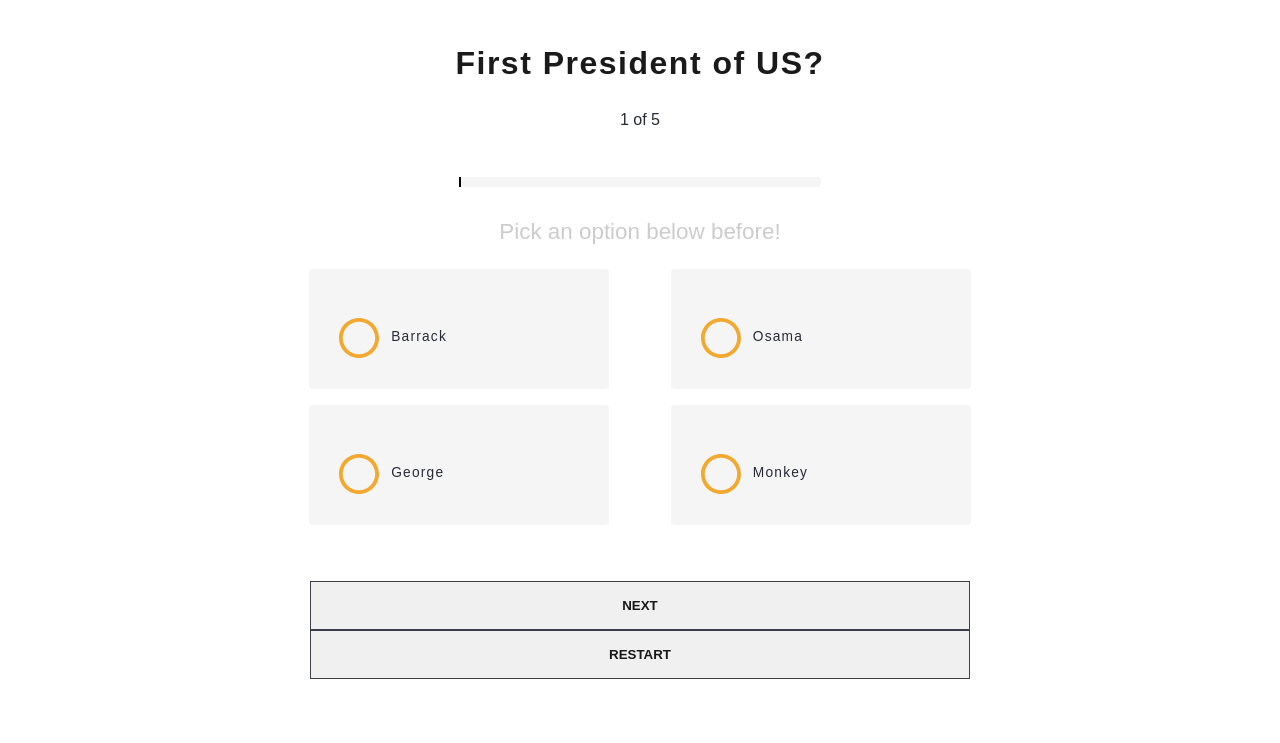
Repository: mukiSabljakovic/Quiz-APP
Page: index.html
An editor plug-in stored every save of this project. The page is shown before and after the next save, followed by the edit.
The browser window is 1280 px wide. The pictures show the whole page.
Some web fonts or font styles are not loaded; a fallback is used.

Above is the page before, as saved 2020-05-04 16:54:23.

### index.html
<!DOCTYPE html>
<html lang="en">
<head>
    <meta charset="UTF-8">
    <meta name="viewport" content="width=device-width, initial-scale=1.0">
    <title>Quiz</title>
    <link rel="stylesheet" href="css/style.css">
</head>
<body>
    <div class="app">
        <div class="container">
            <div class="jabquiz">

                <div class="jabquiz__question-box">
                    <h1 class="jabquiz__question"></h1>
                    <p class="jabquiz__tracker"></p>
                    <div class="progress">
                        <div class="progress__inner">

                        </div>
                    </div>
                    <p class="jabquiz__tagline">Pick an option below before!</p>
                </div>



                <div class="jabquiz__choices-box">
                    <ul class="jabquiz__choices">
                        <!-- dynamically with js -->


                    </ul>
                </div>



                <div class="jabquiz__footer">
                    <button class="button button--bordered next">Next</button>
                    <button class="button button--bordered restart">Restart</button>
                </div>



            </div>
        </div>
    </div>

    <script src="js/app.js" type="module"></script>
</body>
</html>

### css/style.css
@import url("https://fonts-googleapis.com/css?family=Raleway|PT+Serif:700");


:root {
    --main-font-color: #1a1a1a;
    --main-bg-color: white;
    --main-theme-color: rgb(243, 168, 47);
    --light-white: #f5f5f5;
    --light-gray: #ccc;
    --light-black: #282a39;
    --container-width: 768px;
    --font-body-stack: Raleway, Charcoal, sans-serif;
    --font-heading-stack: "PT Serif", sans-serif;

}

* {
 padding: 0;
 margin: 0;
 box-sizing: border-box;
}

.container {
    max-width: var(--container-width);
    margin-right: auto;
    margin-left: auto;
}

.button {
    padding: 1rem 3.8rem;
    text-transform: uppercase;
    border: 1px solid #eee;
    outline: 0;
    opacity: .9;
    font-weight: bold;
    transition: .3s all ease;
}

.button:hover {
    opacity: 1;
    background: var(--light-black);
    color: white;
}

.button.button--bordered {
    border: 1px solid var(--light-black);
}

.jabquiz {
    padding: 2rem 1.4rem;
}

.jabquiz__question-box {
    text-align: center;
}

.jabquiz__question {
    font-family: var(--font-heading-stack);
    font-weight: bold;
    letter-spacing: 1.5px;
    padding: 0.8rem 4rem;
    color: var(--main-font-color);
}

.jabquiz__tracker {
    font-family: var(--font-body-stack);
    color: var(--light-black);
    padding: 1rem;
}

.jabquiz__tagline {
    font-family: var(--font-body-stack);
    color: var(--light-gray);
    font-size: 1.4rem;
}

.progress {
    border-radius: 4px;
    margin: 2rem auto;
    width: 50%;
    background-color: var(--light-white);
}

.progress__inner {
    height: 10px;
    width: 0%;
    background-color: var(--main-theme-color);
    border-right: 2px solid black;
}

/* .jabquiz__choices-box {

} */

.jabquiz__choices {
    list-style-type: none;
    margin: 1rem auto;
    display: flex;
    flex-wrap: wrap;
}

.jabquiz__choice {
    min-width: 300px;
    border-radius: 4px;
    display: block;
    background: var(--light-white);
    margin: .5rem auto;
    font-family: sans-serif;
    color: var(--light-black);
    letter-spacing: 1.2px;
    font-size: .86rem;
}

.jabquiz__label {
    padding: 2rem 2rem;
    display: flex;
    align-items: center;
}

.jabquiz__choices input {
    opacity: 0;
}

.jabquiz__choices input:checked + label {
    color: var(--main-theme-color);
}

.jabquiz__choices input:checked + label i {
    background-image: url('../images/interface.svg');

}

.jabquiz__choices label i {
    background: url('../images/circle.svg');
    background-size: 40px;
    height: 40px;
    width: 40px;
    display: inline-block;
    position: relative;
    top: 1px;
    left: -2px;
    margin-right: 10px;
}

.jabquiz__footer {
    padding: 2rem;
    display: flex;
    flex-direction: column;
}

### js/app.js
import Question from "./Question.js";
import Quiz from "./Quiz.js";


const App = (() => {
 // cache the DOM
 const quizEl = document.querySelector(".jabquiz");
 const quizQuestionEl = document.querySelector(".jabquiz__question");
 const trackerEl = document.querySelector(".jabquiz__tracker");
 const taglineEl = document.querySelector(".jabquiz__tagline");
 const choicesEl = document.querySelector(".jabquiz__choices");
 const progressInnerEl = document.querySelector(".progress__inner");
 const nextButtonEL = document.querySelector(".next");
 const restartButtonEl = document.querySelector(".restart");

 const q1 = new Question(
     "First President of US?",
     ["Barrack", "Osama", "George", "Monkey"],
     2
 )

 const q2 = new Question(
    "When was JS created?",
    ["June 1995", "May 1995", "July 1885", "Sept 1996"],
    1
)

const q3 = new Question(
    "What does CSS stand for?",
    ["Cusa", "Cisa", "Cascading Style Sheets", "Cosa"],
    2
)

const q4 = new Question(
    "THe full form of HTML is...",
    ["Hypothalamus", "Hisan", "Huca", "Hyper Text Markup Language"],
    3
)

const q5 = new Question(
    "Console.log(typeof []) would return what?",
    ["Barr", "Object", "Null", "Array"],
    1
)

const quiz = new Quiz([q1, q2, q3, q4, q5]);

const setValue = (elem, value) => {
    elem.innerHTML = value;
}

const renderQuestion = _ => {
    const question = quiz.getCurrentQuestion().question;
    setValue(quizQuestionEl, question);
}

renderQuestion();

const renderChoicesElements = _ => {
    let markup = "";
    const currentChoices = quiz.getCurrentQuestion().choices;
    currentChoices.forEach((elem, index) => {
        markup += `
            <li class="jabquiz__choice">
            <input type="radio" name="choice" id="choice${index}" class="jabquiz__input">
            <label for="choice${index}" class="jabquiz__label">
                <i></i>
               <span>${elem}</span>
            </label>
        </li>
        `
    });
    setValue(choicesEl, markup);
}

const renderTracker = _ => {
    const index = quiz.currentIndex;
    setValue(trackerEl, `${index+1} of ${quiz.questions.length}`);
}

const getPercentage = (num1, num2) => {
    return Math.round((num1/num2) * 100);
}

const launch = (width, maxPercent) => {
    let loadingBar = setInterval(function() {
        if (width > maxPercent) {
            clearInterval(loadingBar);

            } else {
                width++;
                progressInnerEl.style.width = width + "%";
        }
    }, 3)
}
const renderProgress = _ => {
    // 1. width
    const currentWidth = getPercentage(quiz.currentIndex, quiz.questions.length);
    // 2. launch(0, width)

}
renderProgress();

const renderAll = _ => {

    if (quiz.hasEnded()) {
        // renderEndScreen
    } else {
        // 1. render the question
        renderQuestion();
        // 2. render the choices elements
        renderChoicesElements();
        // 3. render Tracker
        renderTracker();
        // 4. render Progress
    }
}

return {
    renderAll: renderAll
}
})();

App.renderAll();

### js/Question.js
export default function Question(question, choices, answerKey) {
    this.question = question;
    this.choices = choices;
    this.answerKey = answerKey;

}

Question.prototype.isCorrect = function (guessKey) {
    return guessKey === this.answerKey;
}

### js/Quiz.js

export default function Quiz(questions) {
    this.questions = questions;
    this.score = 0;
    this.currentIndex = 0;
}

Quiz.prototype.getCurrentQuestion = function() {
    return this.questions[this.currentIndex];
}


Quiz.prototype.nextIndex = function() {
    this.currentIndex++;
}

Quiz.prototype.hasEnded = function() {
    return this.currentIndex === this.questions.length;
}

Quiz.prototype.guess = function(userGuess) {
    const currentQuestion = this.question[this.currentIndex];
    if (currentQuestion.issCorrect(userGuess)) {
        this.score++;
    }
    this.nextIndex();
}

### images/circle.svg
<?xml version="1.0" encoding="iso-8859-1"?>
<!-- Generator: Adobe Illustrator 19.0.0, SVG Export Plug-In . SVG Version: 6.00 Build 0)  -->
<svg version="1.1" id="Layer_1" xmlns="http://www.w3.org/2000/svg" xmlns:xlink="http://www.w3.org/1999/xlink" x="0px" y="0px"
	 viewBox="0 0 512 512" style="enable-background:new 0 0 512 512;" xml:space="preserve">
<path style="fill:#F3a82f;" d="M255.832,48.032c114.859,0.096,207.896,93.277,207.8,208.137s-93.277,207.896-208.137,207.8
	C140.7,463.872,47.695,370.795,47.695,256C47.871,141.149,140.981,48.112,255.832,48.032 M255.832,0
	C114.443,0.096-0.096,114.779,0,256.168S114.779,512.096,256.168,512C397.485,511.904,512,397.317,512,256
	C511.952,114.571,397.261-0.048,255.832,0z"/>
<g>
</g>
<g>
</g>
<g>
</g>
<g>
</g>
<g>
</g>
<g>
</g>
<g>
</g>
<g>
</g>
<g>
</g>
<g>
</g>
<g>
</g>
<g>
</g>
<g>
</g>
<g>
</g>
<g>
</g>
</svg>

After the next save:
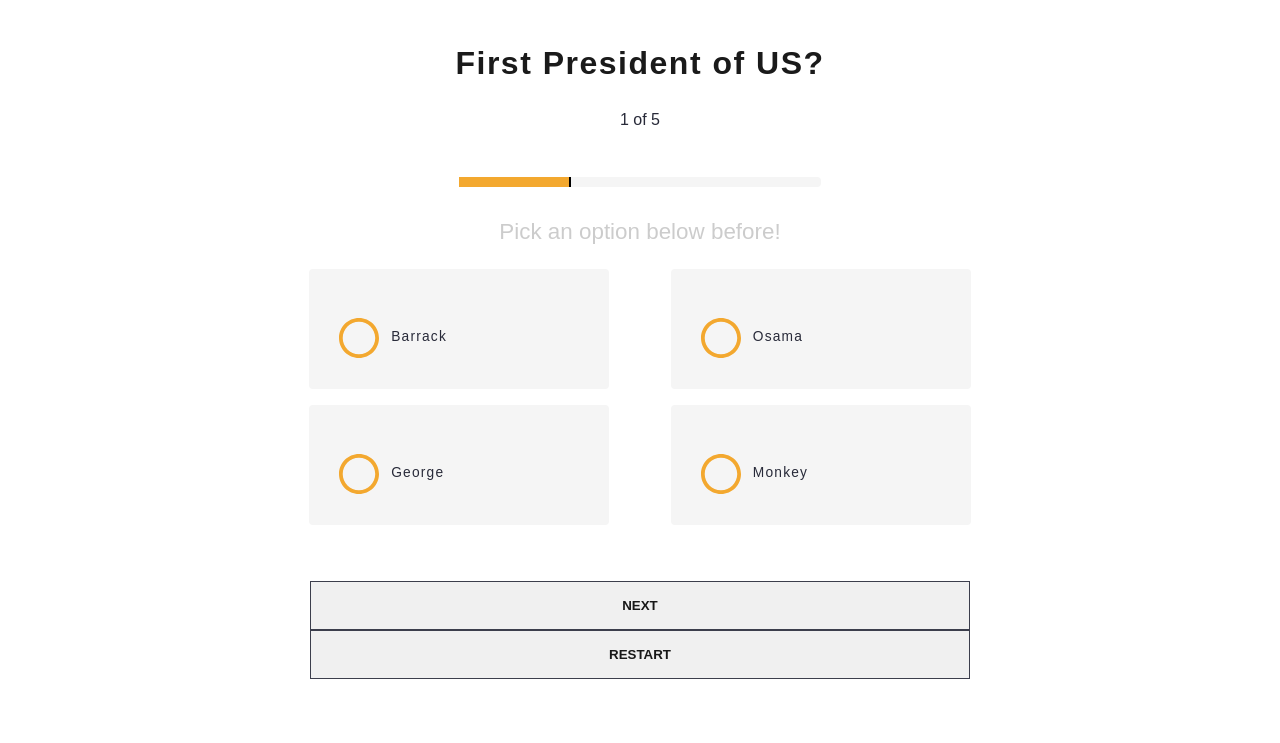
Saved 16 s later.
--- a/js/app.js
+++ b/js/app.js
@@ -93,6 +93,8 @@
         }
     }, 3)
 }
+
+launch(0, 30);
 const renderProgress = _ => {
     // 1. width
     const currentWidth = getPercentage(quiz.currentIndex, quiz.questions.length);

After the save that followed:
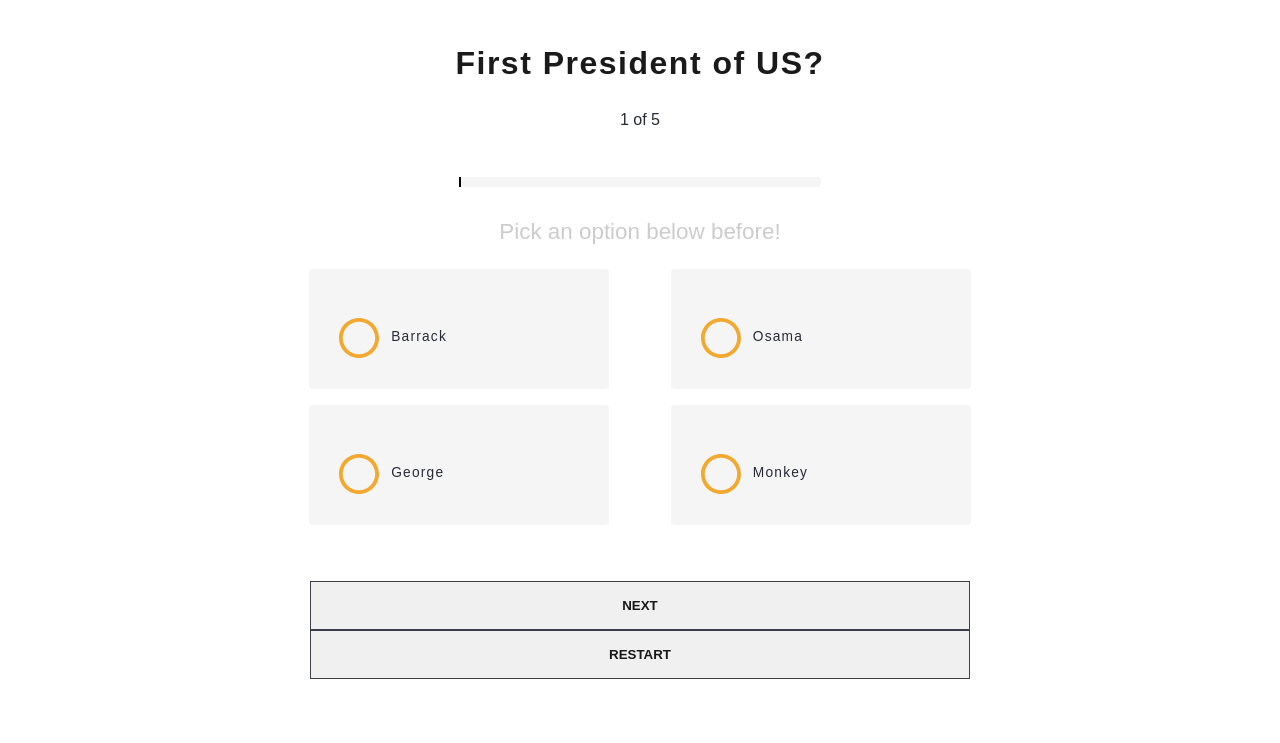
Saved 10 s later.
--- a/js/app.js
+++ b/js/app.js
@@ -94,7 +94,7 @@
     }, 3)
 }
 
-launch(0, 30);
+
 const renderProgress = _ => {
     // 1. width
     const currentWidth = getPercentage(quiz.currentIndex, quiz.questions.length);
